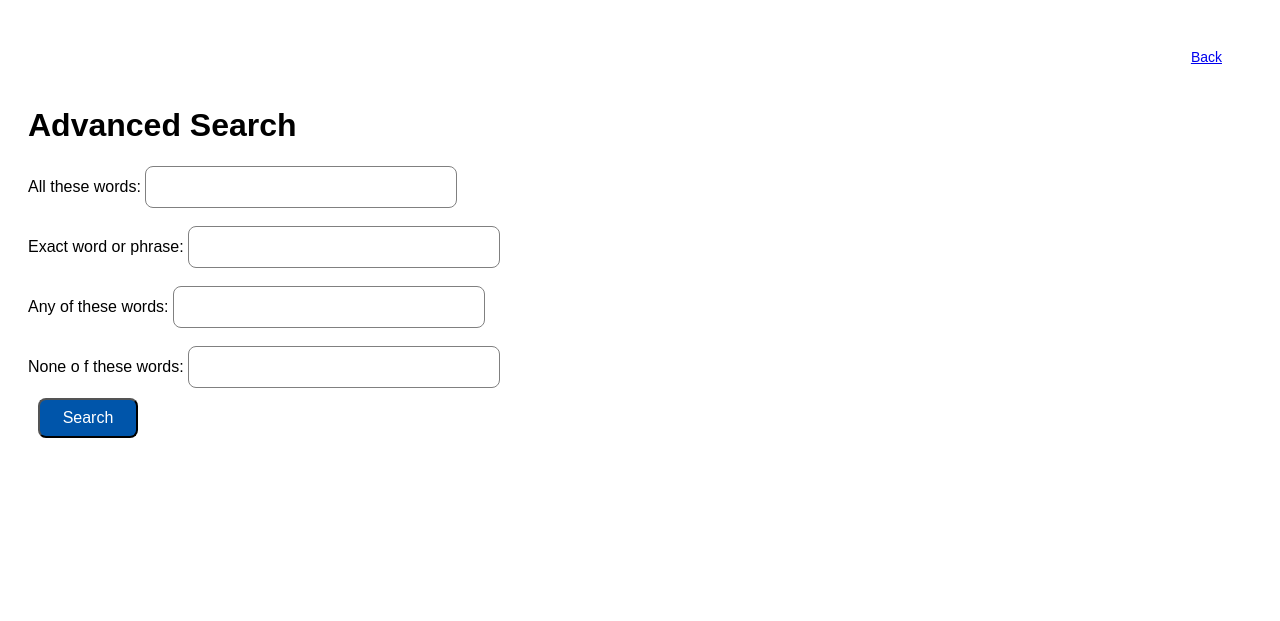
Repository: lyutok/cs50-search-project
Page: advanced.html
These files come from the project's save history. The page is drawn as it stood at one moment and after the next save; the edit follows.
The browser window is 1280 px wide. The pictures show the whole page.
The style sheet was rebuilt from its Sass, Less or Tailwind sources for each picture, by a compiler version that may differ from the author's.

Above is the page before, as saved 2025-07-08 19:04:00.

### advanced.html
<!DOCTYPE html>
<html lang="en">
<head>
    <meta name="viewport" content="width=device-width, initial-scale=1.0" charset="UTF-8">
    <title>Advanced Search</title>
    <link rel="stylesheet" href="styles.css">
    </head>
<body id="advanced_page">
    <div>
        <a href="google.html">Back</a>
    </div>
    <h1>Advanced Search</h1>
    <form action="https://www.google.com/search" style="display: flex; flex-direction: column; align-items: flex-start;"></form>
        <label for="all-words">All these words:</label>
        <input type="text" id="all-words" name="as_q">
        <br><br>
        <label for="exact-word">Exact word or phrase:</label>
        <input type="text" id="exact-word" name="as_epq">
        <br><br>
        <label for="any-word">Any of these words:</label>
        <input type="text" id="any-word" name="as_oq">
        <br><br>
        <label for="none-words">None o f these words:</label>
        <input type="text" id="none-words" name="as_eq">
        <br>
        <button id="advanced" type="submit">Search</button>
    </form>
</body>
</html>

### styles.scss
$color: rgb(48, 177, 106);

a {
    font-size: 14px;
    padding: 10px;
}

body {
    font-family: Arial, sans-serif;
    padding: 20px;
    text-align: center;

    div {
        text-align: right;
        padding: 20px;
    }
}

input {
    width: 300px;
    height: 30px;
    border-radius: 8px;
    border: 1px solid grey;
    padding: 5px;
    font-size: 16px;
}

button {
    margin: 10px;
    border-radius: 8px;
    background-color: rgb(45, 128, 0);
    font-size: 16px;
    color: white;
    height: 40px;
    width: 100px;
}

#advanced {
  background-color: rgb(0, 85, 170);
}

button:hover {
                background-color: rgb(192, 196, 186);
            }

#advanced_page {
    text-align: left;
}

After the next save:
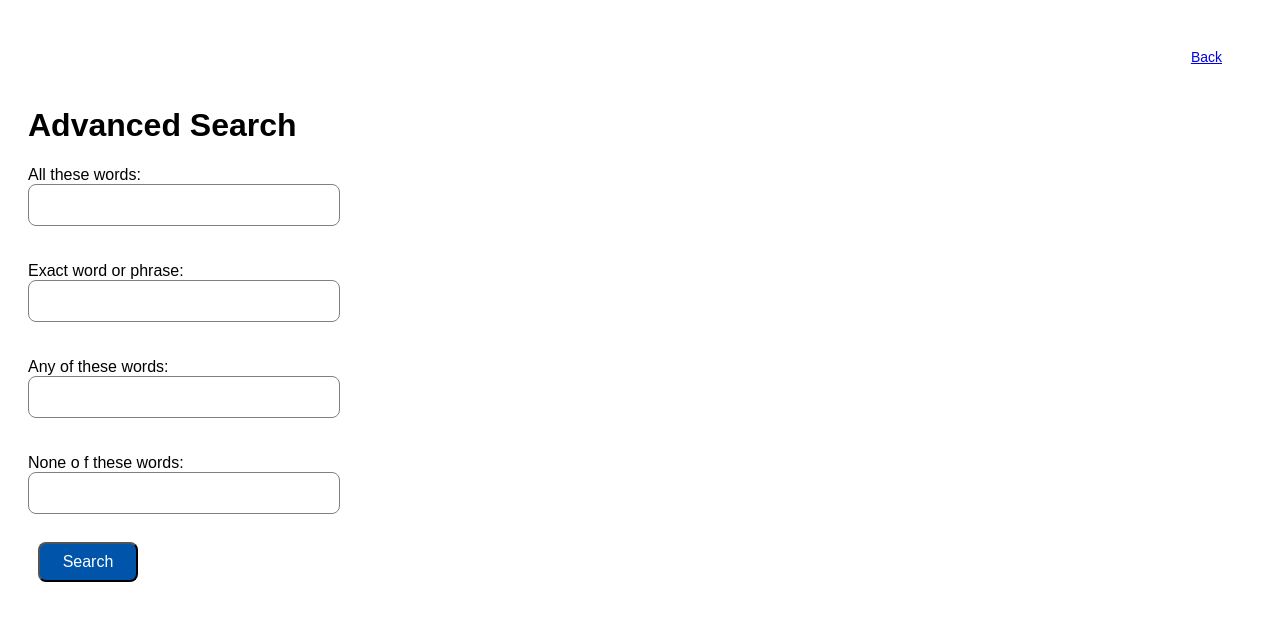
Saved 4 min 35 s later.
--- a/advanced.html
+++ b/advanced.html
@@ -10,7 +10,7 @@
         <a href="google.html">Back</a>
     </div>
     <h1>Advanced Search</h1>
-    <form action="https://www.google.com/search" style="display: flex; flex-direction: column; align-items: flex-start;"></form>
+    <form action="https://www.google.com/search" style="display: flex; flex-direction: column; align-items: flex-start;">
         <label for="all-words">All these words:</label>
         <input type="text" id="all-words" name="as_q">
         <br><br>
